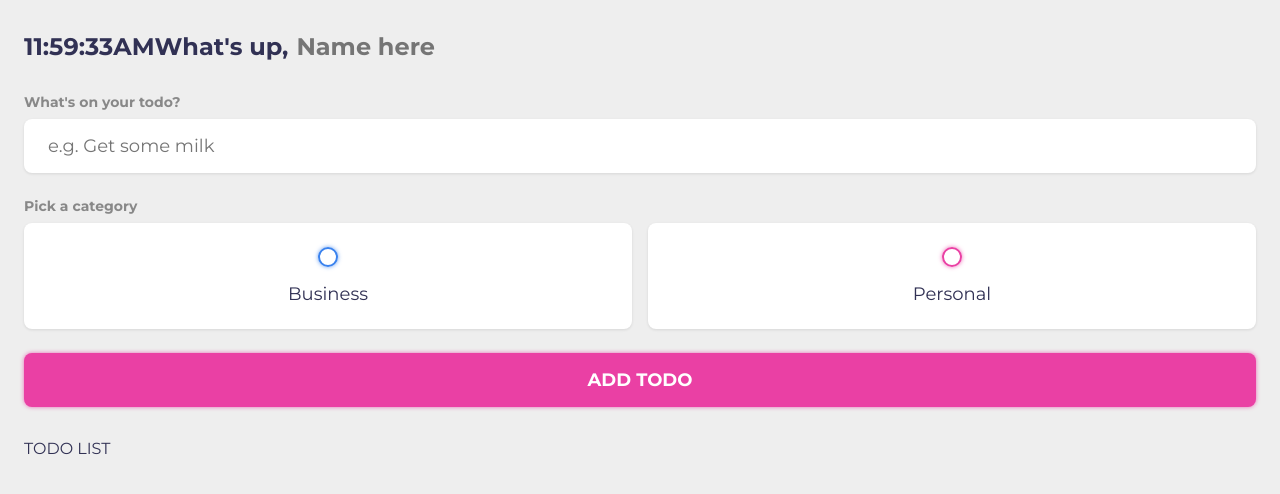
Repository: kluivert-ssali/kaDo_final
Page: index.html
An editor plug-in stored every save of this project. The page is shown before and after the next save, followed by the edit.
The browser window is 1280 px wide. The pictures show the whole page.
Some web libraries are served in a nearby version.

Above is the page before, as saved 2023-06-11 20:26:57.

After the next save:
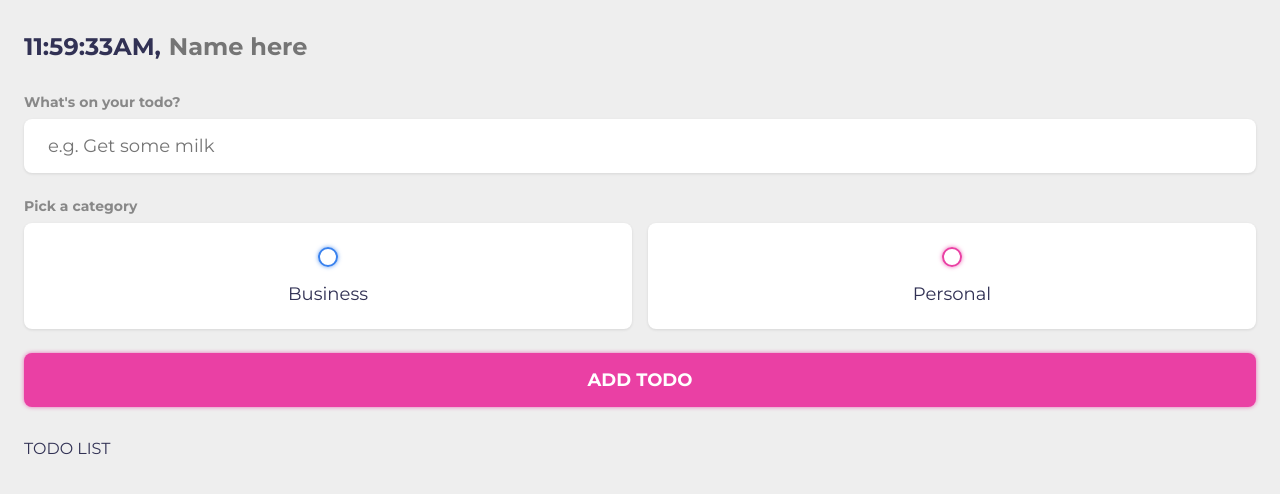
Saved 17 s later.
--- a/index.html
+++ b/index.html
@@ -24,7 +24,7 @@
       <!-- Greeting -->
       <section class="greeting">
         <h2 class="title">
-          <span class="date"></span>What's up,<input
+          <span class="date"></span>,<input
             type="text"
             id="name"
             placeholder="Name here"
